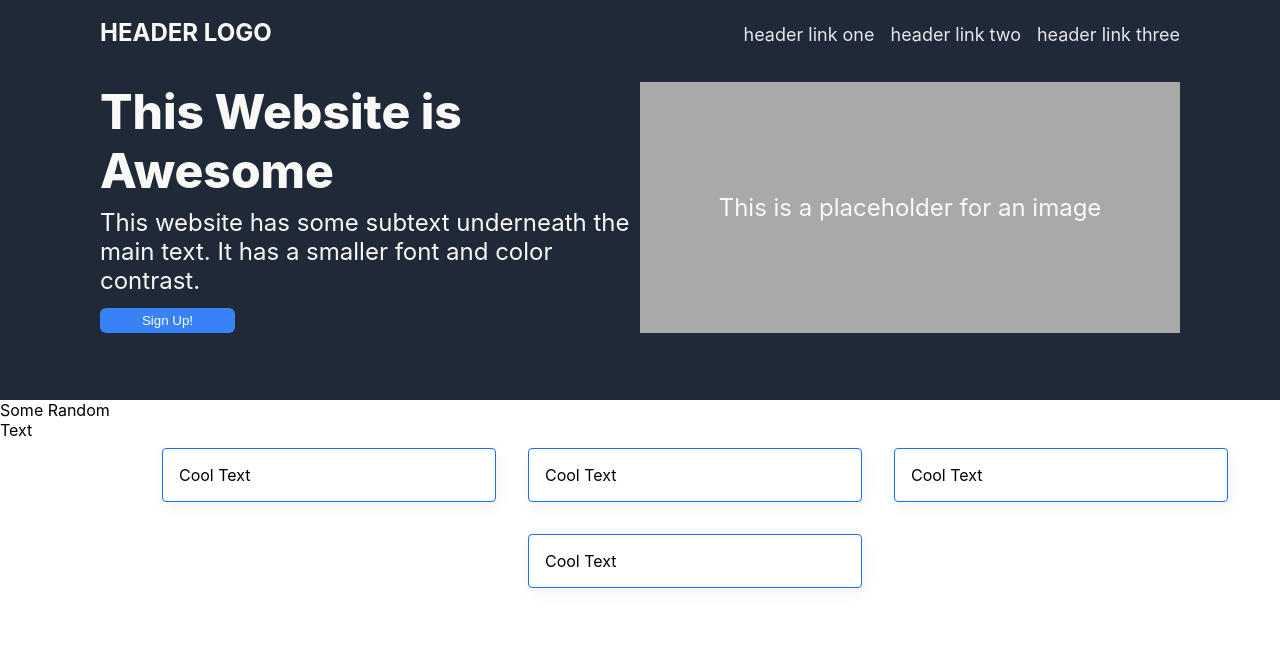
Repository: bbrockbrown/landing-page
Page: index.html
These files come from the project's save history. The page is drawn as it stood at one moment and after the next save; the edit follows.
The browser window is 1280 px wide. The pictures show the whole page.

Above is the page before, as saved 2024-07-24 15:38:29.

After the next save:
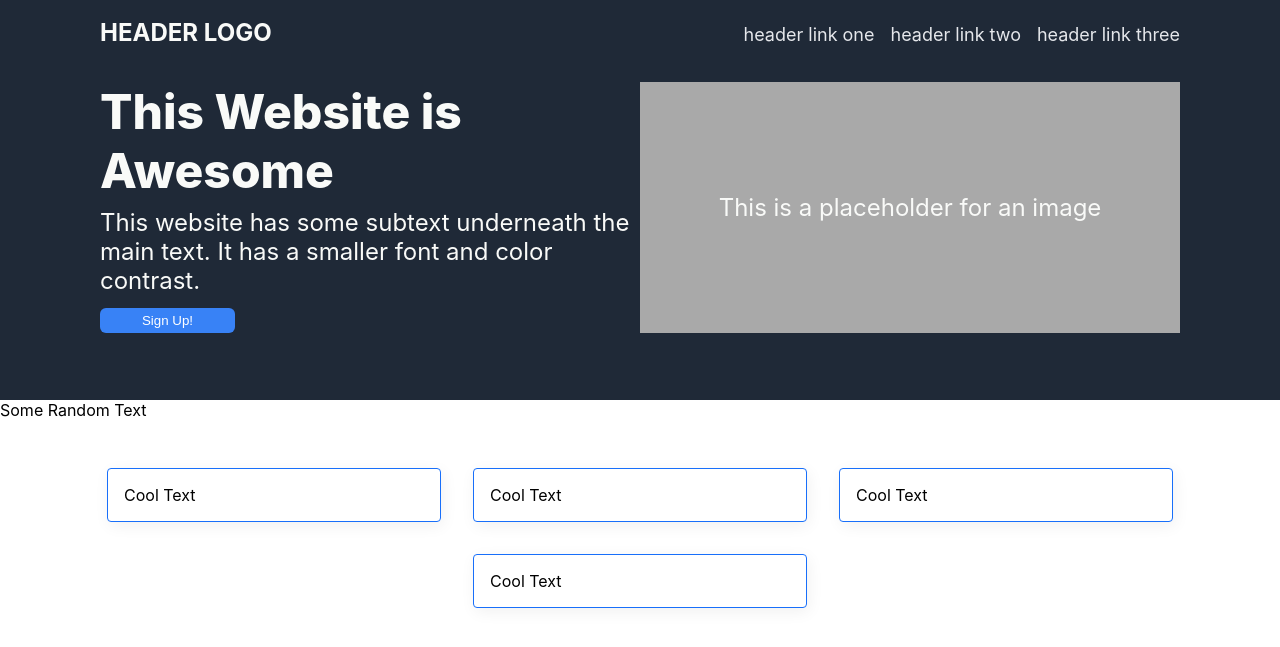
Saved 32 s later.
--- a/styles.css
+++ b/styles.css
@@ -79,7 +79,8 @@ a {
 .body {
     display: flex;
     flex: 1;
-    justify-content: center;
+
+    flex-direction: column;
 }
 
 .box-container {
